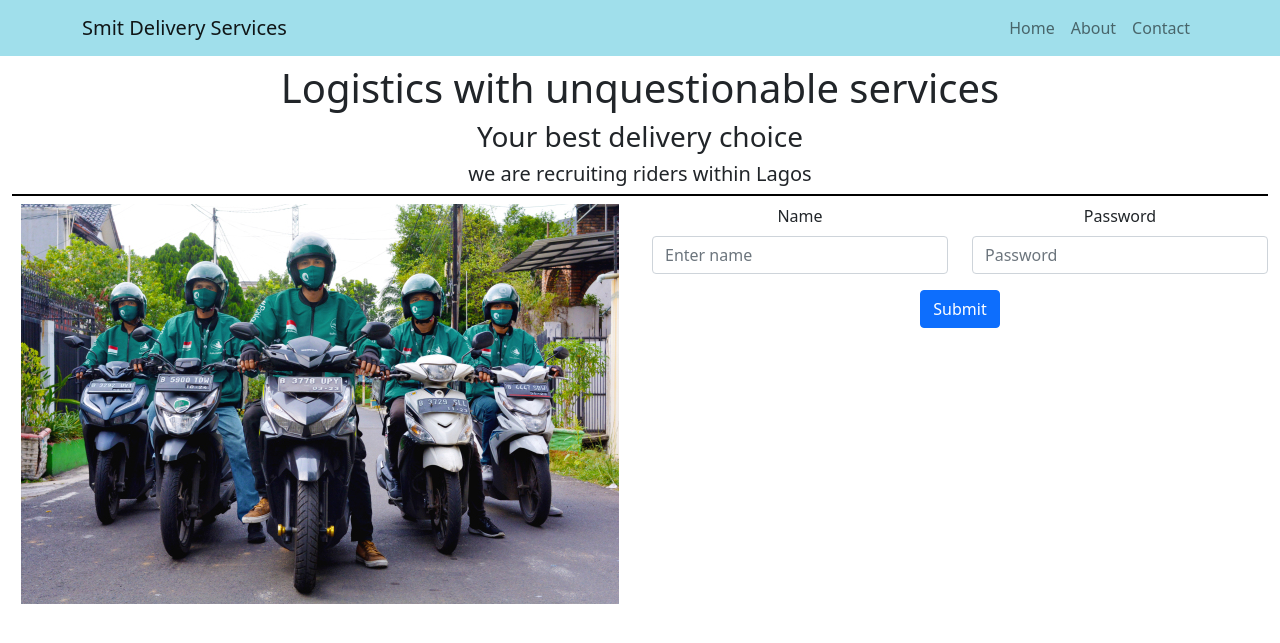
Repository: smit1298/logistic
Page: /
An editor plug-in stored every save of this project. The page is shown before and after the next save, followed by the edit.
The browser window is 1280 px wide. The pictures show the whole page.
The project was rebuilt for these pictures with package versions that can differ from the ones it lists, and the page was loaded fresh each time.

Above is the page before, as saved 2021-10-04 03:31:00.

After the next save:
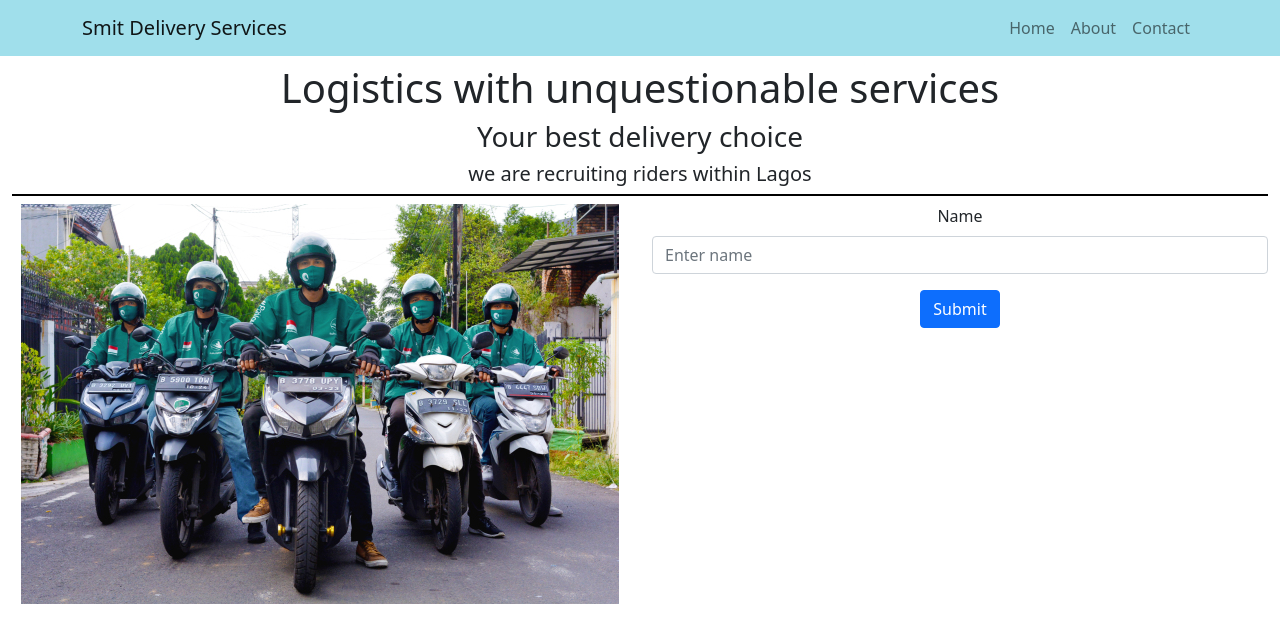
Saved 44 s later.
--- a/src/components/recruit/RecruitForm.jsx
+++ b/src/components/recruit/RecruitForm.jsx
@@ -24,10 +24,10 @@ const recruitForm = () => {
                 <Form.Control type="name" placeholder="Enter name" />
               </Form.Group>
 
-              <Form.Group as={Col} controlId="formGridPassword">
+              {/* <Form.Group as={Col} controlId="formGridPassword">
                 <Form.Label>Password</Form.Label>
                 <Form.Control type="password" placeholder="Password" />
-              </Form.Group>
+              </Form.Group> */}
             </Row>
 
             {/* <Form.Group className="mb-3" controlId="formGridAddress1">
